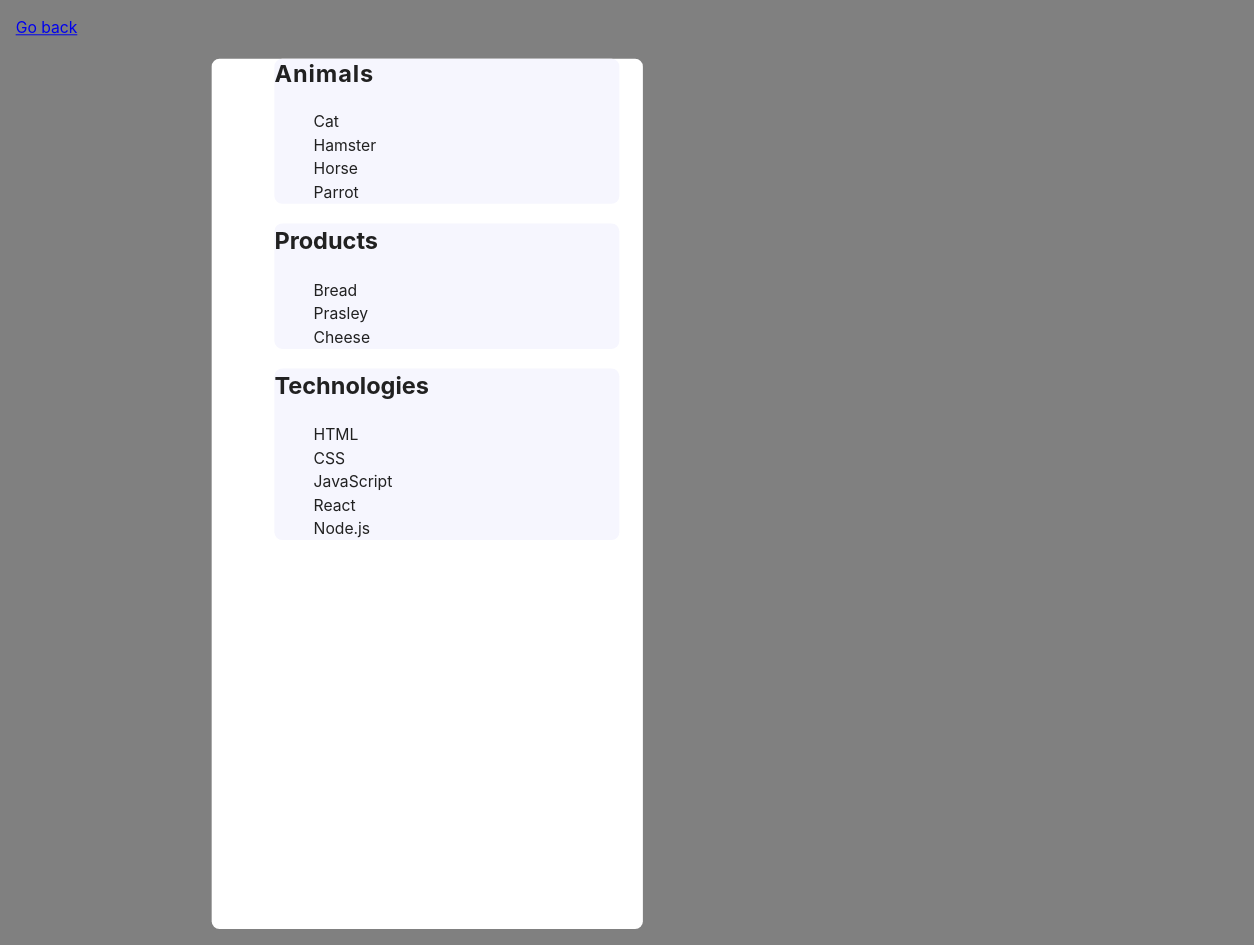
Repository: ViacheslavParfenenko/goit-js-hw-07
Page: task-1.html
The author's editor kept a copy of each file at every save. The page is drawn from the files as they stood at one save, then again after the next save.
The browser window is 1280 px wide. The pictures show the whole page, at 98% of full size.

Above is the page before, as saved 2024-07-09 17:30:15.

After the next save:
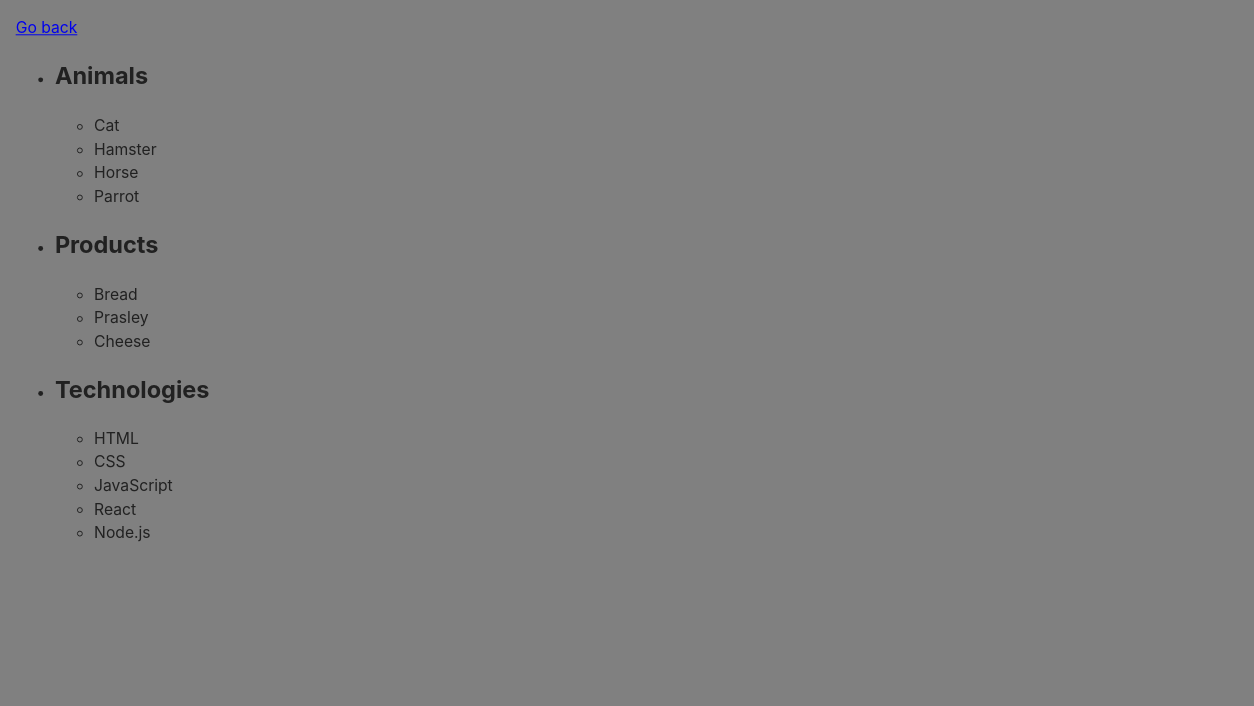
Saved 26 s later.
--- a/css/common.css
+++ b/css/common.css
@@ -2,27 +2,7 @@
   box-sizing: border-box;
 }
 
-footer, header, hgroup, menu, nav, section {
-	display: block;
-}
-body {
-	line-height: 1;
-}
-ol, ul {
-	list-style: none;
-}
-blockquote, q {
-	quotes: none;
-}
-blockquote:before, blockquote:after,
-q:before, q:after {
-	content: '';
-	content: none;
-}
-table {
-	border-collapse: collapse;
-	border-spacing: 0;
-}
+
 
 body {
   flex:content;
@@ -35,37 +15,3 @@ body {
   color: #212121;
   line-height: 1.5;
 }
-
-.list {
-  flex: auto;
-  margin-left: 200px;
-
-  background-color: #fff;
-  width: 440px;
-  height: 888px;
-
-  border-radius: 8px 8px 8px 8px;
-}
-
-.item {
-  flex: auto;
-  margin-right: 24px;
-  margin-left: 24px;
-
-  background-color: #f6f6fe;
-
-  border-radius: 8px 8px 8px 8px;
-}
-
-.item-name {
-
-  font-size: 24px;
-
-  line-height: 32px;
-  letter-spacing: 0.04em;
-  text-align: left;
-}
-
-.one-item-name {
-  flex: auto;
-}
